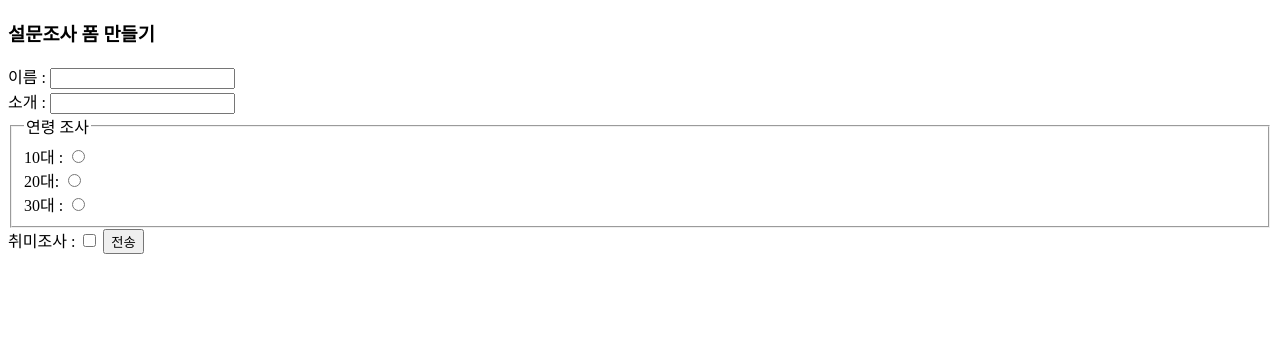
Repository: KimJaeHwan98/tomcat01
Page: http://localhost/3_req_res/quiz/ex01_form.jsp
An editor plug-in stored every save of this project. The page is shown before and after the next save, followed by the edit.
The browser window is 1280 px wide. The pictures show the whole page.
The page is served by Tomcat 9.

Above is the page before, as saved 2024-04-29 06:06:43.

After the next save:
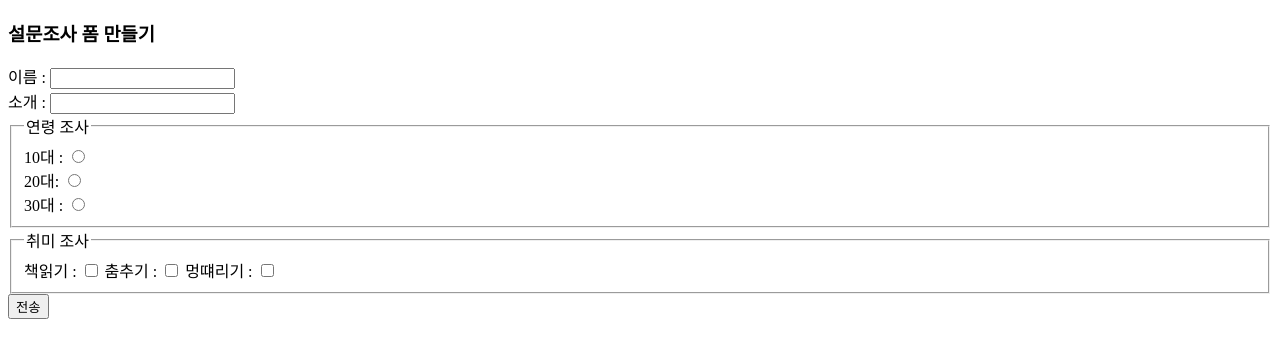
Saved 52 s later.
--- a/3_req_res/src/main/webapp/quiz/ex01_form.jsp
+++ b/3_req_res/src/main/webapp/quiz/ex01_form.jsp
@@ -22,7 +22,13 @@
         30대 : <input type="radio" name="department"><br>
 
     </fieldset>
-취미조사 : <input type = "checkbox" name = "a4">
+<fieldset>
+        <legend>취미 조사</legend>
+       책읽기 : <input type="checkbox" name="st_name">
+       춤추기 : <input type="checkbox" name="st_id">
+       멍떄리기 : <input type="checkbox" name="department">
+
+    </fieldset>
 
  <button type="submit">전송</button>
 
